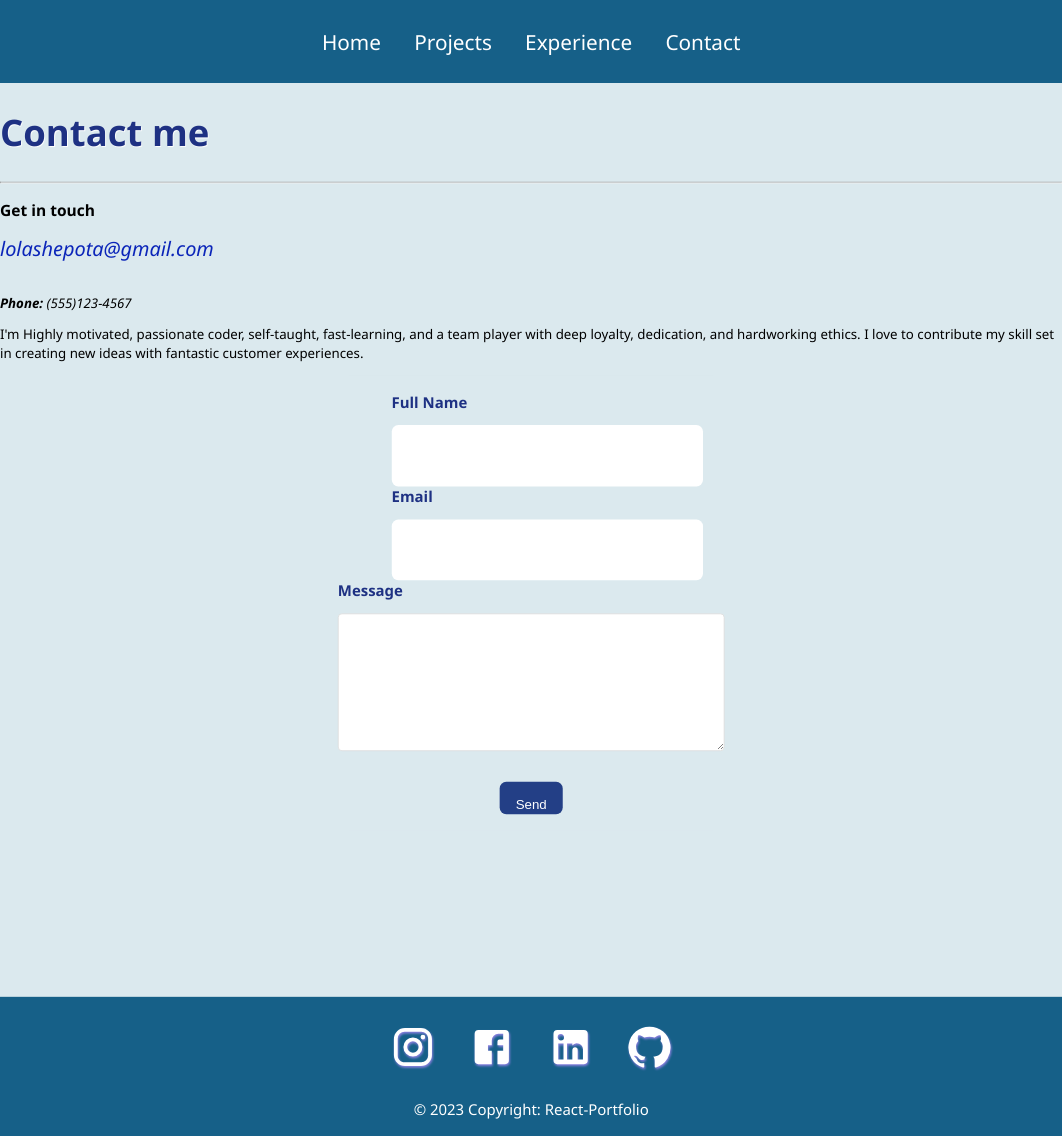
Repository: LolaSL/react-portfolio
Page: /contact
An editor plug-in stored every save of this project. The page is shown before and after the next save, followed by the edit.
The browser window is 1280 px wide. The pictures show the whole page, at 83% of full size.
The project was rebuilt for these pictures with package versions that can differ from the ones it lists, and the page was loaded fresh each time. Also part of the build but not shown: src/pages/Home/Style.css, src/pages/Home/Home.jsx, src/components/ProjectItem/Style.css, src/components/ProjectItem/ProjectItem.jsx, src/helpers/ProjectList.js, src/pages/Projects/Style.css, src/pages/Projects/Projects.jsx, src/pages/Experience/Style.css and 2 more.

Above is the page before, as saved 2023-09-27 17:38:34.

After the next save:
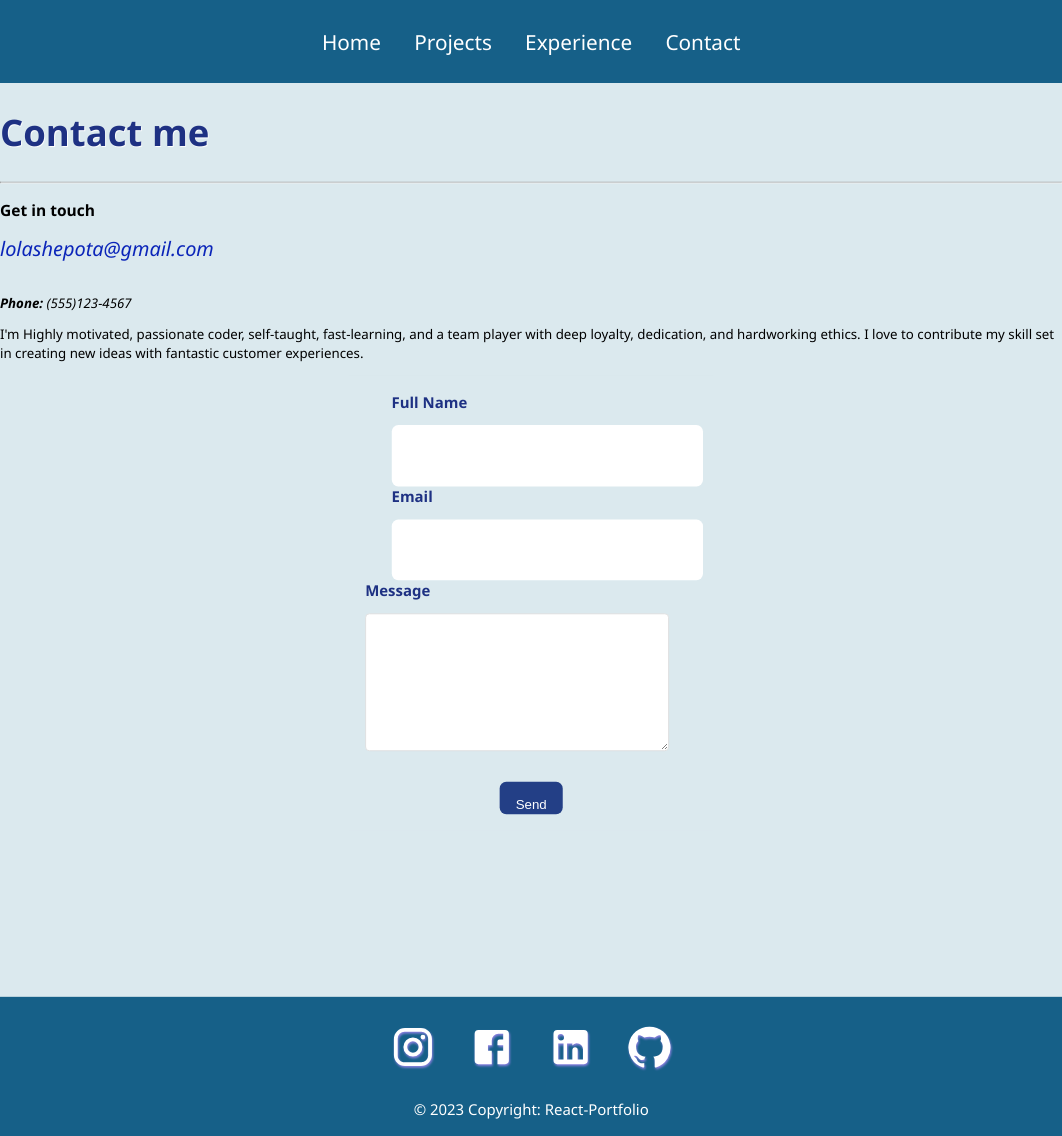
Saved 6 s later.
--- a/src/pages/Contact/Style.css
+++ b/src/pages/Contact/Style.css
@@ -43,7 +43,7 @@ h1{
     margin-top: 1rem;
   }
   textarea {
-   width: 450px;
+   width: 350px;
     max-height: 100px;
     /* min-height: 100px; */
     padding: 7px;
